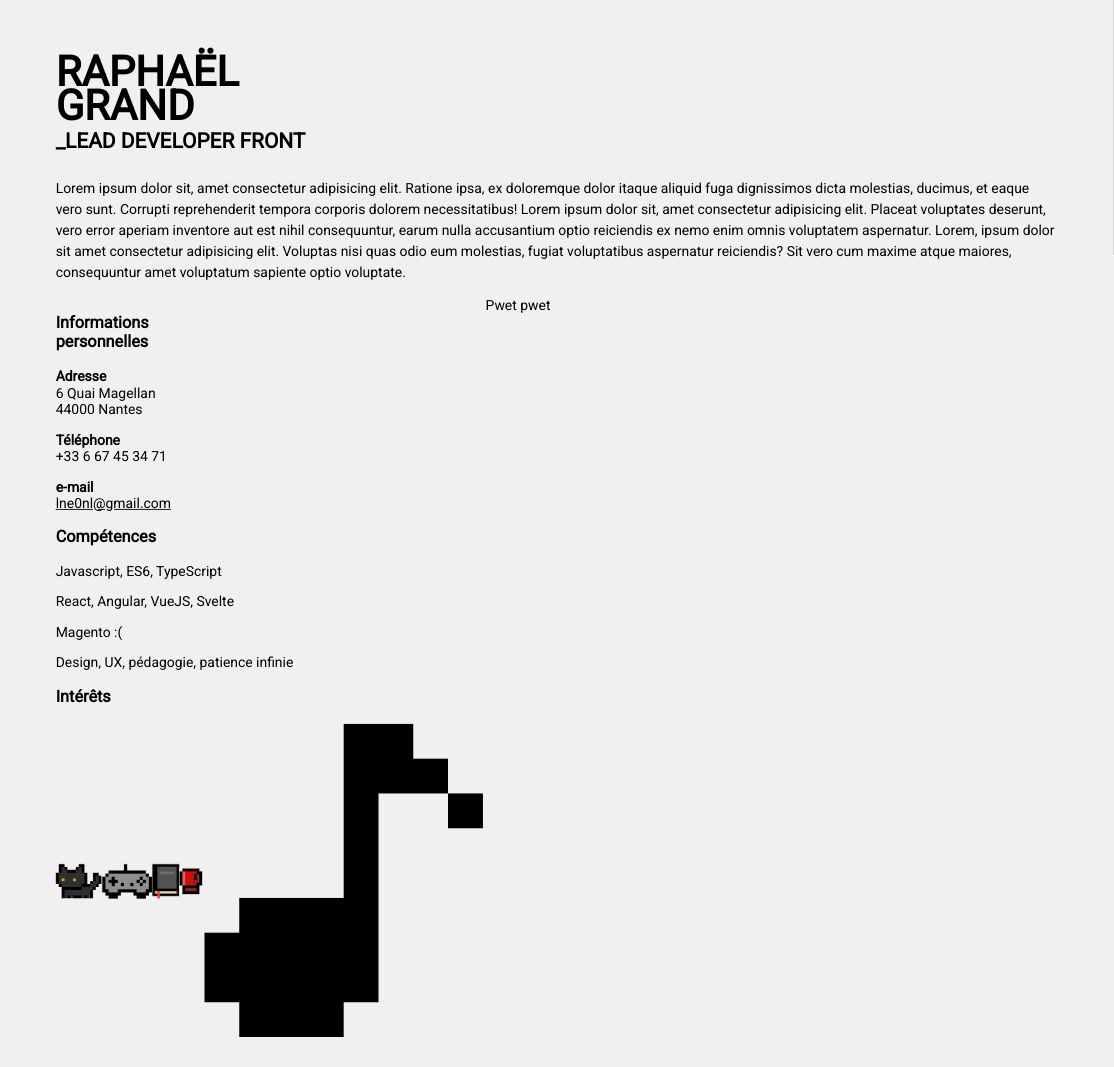
Repository: lne0nl/resume
Page: index.html
These files come from the project's save history. The page is drawn as it stood at one moment and after the next save; the edit follows.
The browser window is 1280 px wide. The pictures show the whole page, at 87% of full size.

Above is the page before, as saved 2021-12-10 11:10:16.

### index.html
<!DOCTYPE html>
<html lang="fr">
  <head>
    <meta charset="UTF-8" />
    <meta http-equiv="X-UA-Compatible" content="IE=edge" />
    <meta name="viewport" content="width=device-width, initial-scale=1.0" />
    <link rel="preconnect" href="https://fonts.googleapis.com" />
    <link rel="preconnect" href="https://fonts.gstatic.com" crossorigin />
    <link
      href="https://fonts.googleapis.com/css2?family=Roboto&display=swap"
      rel="stylesheet"
    />
    <link rel="stylesheet" type="text/css" href="style.css" />
    <title>CV Raphaël GRAND</title>
  </head>
  <body>
    <header>
      <h1>Raphaël<br />GRAND</h1>
      <h2>_Lead developer front</h2>
      <p class="bio">
        Lorem ipsum dolor sit, amet consectetur adipisicing elit. Ratione ipsa,
        ex doloremque dolor itaque aliquid fuga dignissimos dicta molestias,
        ducimus, et eaque vero sunt. Corrupti reprehenderit tempora corporis
        dolorem necessitatibus! Lorem ipsum dolor sit, amet consectetur
        adipisicing elit. Placeat voluptates deserunt, vero error aperiam
        inventore aut est nihil consequuntur, earum nulla accusantium optio
        reiciendis ex nemo enim omnis voluptatem aspernatur. Lorem, ipsum dolor
        sit amet consectetur adipisicing elit. Voluptas nisi quas odio eum
        molestias, fugiat voluptatibus aspernatur reiciendis? Sit vero cum
        maxime atque maiores, consequuntur amet voluptatum sapiente optio
        voluptate.
      </p>
    </header>
    <div class="core">
      <section class="infos">
        <article>
          <h3>Informations<br />personnelles</h3>
          <ul>
            <li title="address">
              <b>Adresse</b><br />
              6 Quai Magellan<br />44000 Nantes
            </li>
            <li title="phone">
              <b>Téléphone</b><br />
              +33 6 67 45 34 71
            </li>
            <li title="mail">
              <b>e-mail</b><br />
              <a href="mailto:lne0nl@gmail.com">lne0nl@gmail.com</a>
            </li>
          </ul>
        </article>
        <article>
          <h3>Compétences</h3>
          <ul>
            <li>Javascript, ES6, TypeScript</li>
            <li>React, Angular, VueJS, Svelte</li>
            <li>Magento :(</li>
            <li>Design, UX, pédagogie, patience infinie</li>
          </ul>
        </article>
        <article>
          <h3>Intérêts</h3>
          <div class="interests">
            <img class="cat" src="images/cat.png" alt="animals" title="Animaux">
            <img class="pad" src="images/pad.png" alt="video games" title="Jeux Vidéo">
            <img class="book" src="images/book.png" alt="book" title="Littérature">
            <img class="glove" src="images/gloves.png" alt="boxing gloves" title="Boxe Française">
            <img src="images/music.png" alt="music" title="Musique">
          </div>
          <!-- <ul class="interests">
            <li title="Animaux"><img src="images/cat.png" alt="animals"></li>
            <li title="Jeux vidéo"><img src="images/pad.png" alt="video games"></li>
            <li title="Littérature">Littérature</li>
            <li title="Musique">Musique</li>
            <li title="Boxe Française">Boxe Française</li>
          </ul> -->
        </article>
      </section>
      <section class="resume">Pwet pwet</section>
    </div>
  </body>
</html>

### style.css
html {
  background-color: grey;
}

body {
  margin: 0 auto;
  padding: 2rem 4rem;
  max-width: 1280px;
  background-color: #f1efef;
  font-family: 'Roboto', sans-serif;
}

header {
  position: relative;
}

h1 {
  font-size: 3rem;
  line-height: 0.8;
  text-transform: uppercase;
}

h2 {
  text-align: right;
  position: absolute;
  top: 4rem;
  text-transform: uppercase;
}

a {
  text-decoration: underline;
  color: inherit;
}

a:visited {
  color: inherit;
}

.bio {
  padding-top: 2rem;
  line-height: 1.5;
}

ul {
  list-style: none;
  margin: 0;
  padding: 0;
}

li {
  margin-bottom: 1rem;
}

.core {
  display: flex;
}

.resume {
  flex: 1;
  /* background-color: yellow; */
}

.interests {
  display: flex;
  align-items: center;
}

.interests img {
  margin-bottom: 0;
}

.cat {
  height: 40px;
}

.pad {
  height: 40px;
}

.book {
  height: 40px;
}

.glove {
  height: 30px;
}

After the next save:
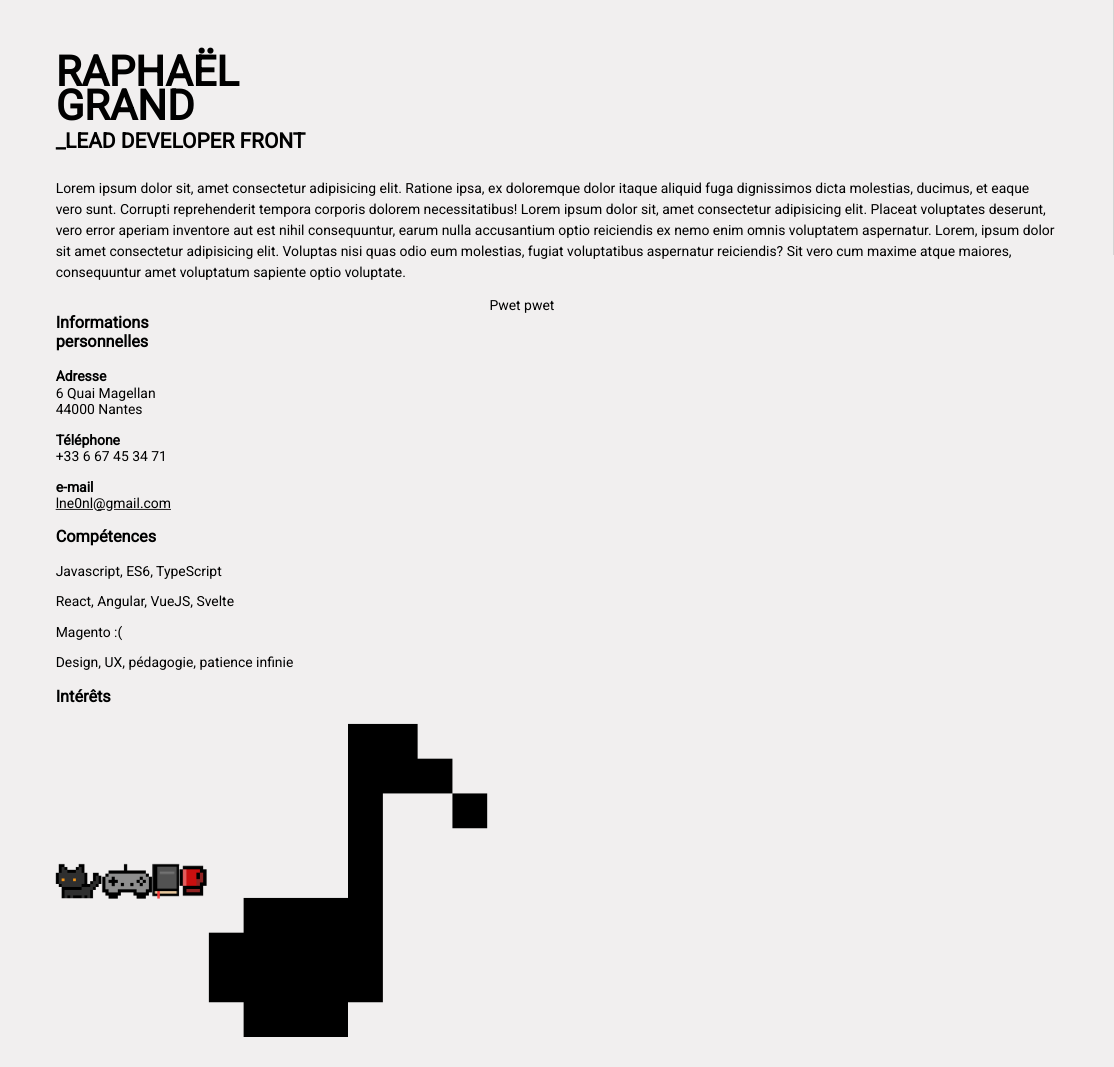
Saved 4 s later.
--- a/style.css
+++ b/style.css
@@ -82,5 +82,5 @@ li {
 }
 
 .glove {
-  height: 30px;
+  height: 35px;
 }
